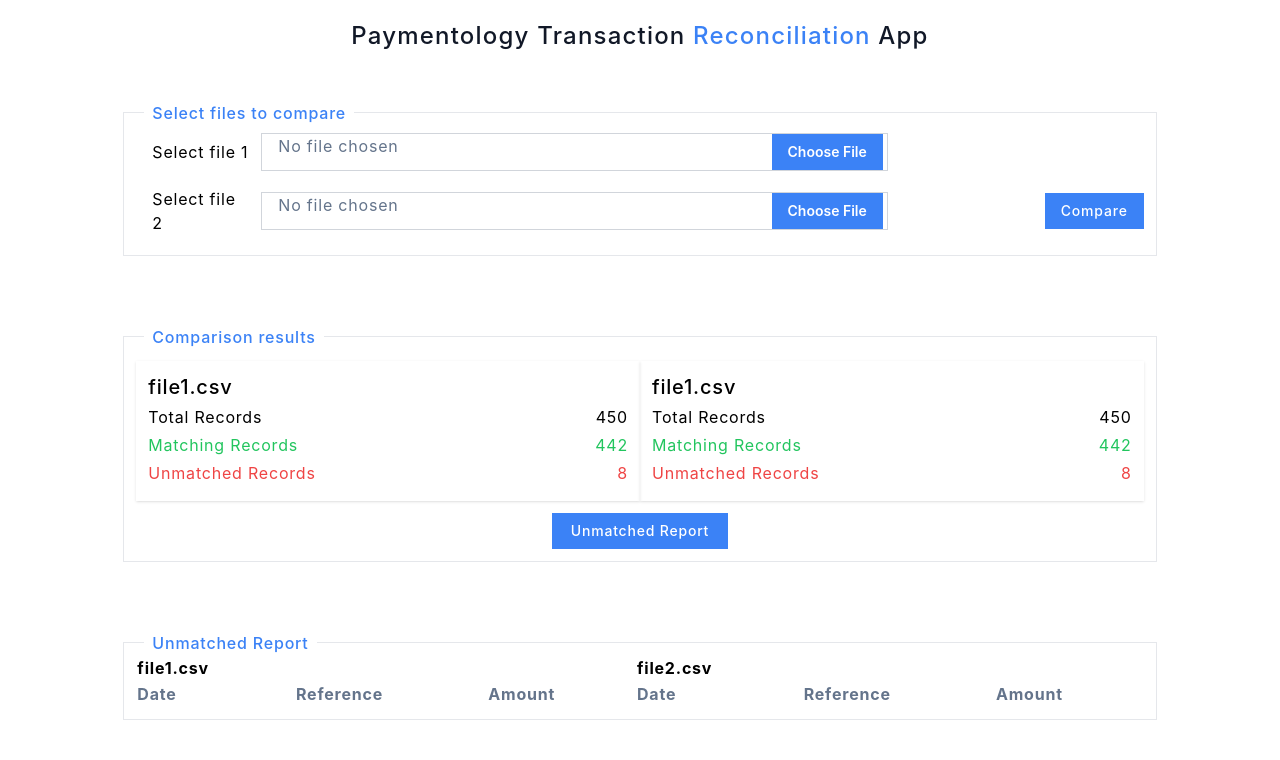
Repository: chionye/paymentology-front
Page: /
An editor plug-in stored every save of this project. The page is shown before and after the next save, followed by the edit.
The browser window is 1280 px wide. The pictures show the whole page.
The project was rebuilt for these pictures with package versions that can differ from the ones it lists, and the page was loaded fresh each time.

Above is the page before, as saved 2022-03-16 19:15:11.

### src/index.css
@tailwind base;
@tailwind components;
@tailwind utilities;

body {
  margin: 0;
  padding:0;
  box-sizing: border-box;
  font-family: -apple-system, BlinkMacSystemFont, 'Segoe UI', 'Roboto', 'Oxygen',
    'Ubuntu', 'Cantarell', 'Fira Sans', 'Droid Sans', 'Helvetica Neue',
    sans-serif;
  -webkit-font-smoothing: antialiased;
  -moz-osx-font-smoothing: grayscale;
}

input[type=file]::file-selector-button {
  float: right;

}
input[type=file]::-ms-browse {
  float: right;
}

input[type=file]::-webkit-file-upload-button {
  float: right;
}

### src/App.js
import CompareFiles from "./components/CompareFiles";
import Results from "./components/Results";
import Report from "./components/Report";
import Title from "./components/Title";

function App() {
  return (
    <>
      <Title />
      <CompareFiles />
      <Results />
      <Report />
    </>

  );
}

export default App;

### src/components/CompareFiles.js
import Button from "./Button";
import Container from "./Container";
import InputFile from "./InputFile";
import Section from "./Section";

const CompareFiles = () => {
    return(
        <Container>
            <Section title={"Select files to compare"}>
                <InputFile file={"Select file 1"} />
                <div className="flex flex-col md:flex-row md:items-center md:justify-between">
                    <InputFile file={"Select file 2"} />
                    <div className="my-3 md:my-0">
                    <Button width={"w-full"} label={"Compare"} />
                    </div>

                </div>
            </Section>
        </Container>

    )
}

export default CompareFiles;

### src/components/Results.js
import Button from "./Button";
import Container from "./Container";
import FileSummary from "./FileSummary";
import Section from "./Section";

const Results = () => {
    return(
        <Container>
            <Section title={"Comparison results"}>
                <div className="flex flex-col md:flex-row md:justify-between md:items-center">
                    <FileSummary />
                    <FileSummary />
                </div>
                <div className="md:flex md:w-44 md:justify-center md:mx-auto">
                        <Button width={"w-full"} label={"Unmatched Report"} />
                </div>
            </Section>
        </Container>
    )
}

export default Results;

### src/components/Report.js
import Container from "./Container";
import Section from "./Section";
import Table from "./Table";

const Report = () => {
    return(
        <Container>
            <Section title={"Unmatched Report"}>
                <Table />
            </Section>
        </Container>
    )
}

export default Report;

### src/components/Title.js
import Container from "./Container"

const Title = () => {
    return(
        <Container>
            <div className="md:w-5/6 mx-auto">
                <h1 className="font-medium tracking-wider text-center  leading-loose text-xl md:text-2xl text-gray-900">Paymentology Transaction <span className="text-blue-500">Reconciliation</span> App</h1>

            </div>
        </Container>
    )
}

export default Title;

### src/components/Button.js
const Button = (props) => {

    return <button className={`${props.width} bg-blue-500 hover:bg-blue-700 py-2 px-4 text-sm text-white font-medium`}>{props.label}</button>
}

export default Button;

### src/components/Container.js
const Container = (props) => {

    return <div className="p-5 mx-auto">{props.children}</div>
}
export default Container;

### src/components/InputFile.js
import Button from "./Button";
const InputFile = (props) => {
    return(
        <div className="flex flex-col md:flex-row w-full md:w-3/4 md:items-center text-sm md:text-base tracking-wider my-2 md:px-4">
            <label className="w-28">{props.file}</label>
            <div className="w-full">
            <input type="file"
                    className="block
                    border border-1 border-gray-300
                    w-full
                    pl-4
                    md:mx-3
                    appearance-none
                    text-slate-500
                    file:py-2
                    file:px-4
                    file:border-0
                    file:text-sm
                    file:font-semibold
                    file:bg-blue-500
                    hover:file:bg-blue-700
                    file:text-white
                "/>
            </div>

        </div>
    )
}

export default InputFile;

### src/components/Section.js

const Section = (props) => {
    return(
        <div className="relative md:w-5/6  h-auto p-3 border border-1 border-gray mx-auto my-5 tracking-wider">
            <div className="absolute font-medium -top-3 left-1 md:left-5 bg-white  text-blue-500 px-2">{props.title}</div>
            {props.children}
        </div>
    )
}

export default Section;

### src/components/FileSummary.js
const FileSummary = () => {
    return(
        <div className="shadow text-sm md:text-base p-3 my-3 w-full md:w-1/2  max-w-lg tracking-wider ">
            <div className="font-medium text-xl">file1.csv</div>
            <div className="flex flex-row justify-between my-1">
                <span>Total Records</span>
                <span>450</span>
            </div>
            <div className="flex flex-row justify-between my-1 text-green-500">
                <span>Matching Records</span>
                <span>442</span>
            </div>
            <div className="flex flex-row justify-between my-1 text-red-500">
                <span>Unmatched Records</span>
                <span>8</span>
            </div>
        </div>
    )
}

export default FileSummary;

### src/components/Table.js
const Table = () => {
    return(
        <div className="w-full overflow-scroll">
            <table className="w-full border-collapse border-slate-500">
            <thead>
                <tr className="text-left">
                    <th>file1.csv</th>
                    <th></th>
                    <th></th>
                    <th>file2.csv</th>
                    <th></th>
                    <th></th>
                </tr>
                <tr className="text-left text-slate-500">
                    <th>Date</th>
                    <th>Reference</th>
                    <th>Amount</th>
                    <th>Date</th>
                    <th>Reference</th>
                    <th>Amount</th>
                </tr>
            </thead>
            <tbody></tbody>
        </table>
        </div>

    )
}

export default Table;

Loaded but not shown: public/index.html (common file); src/index.js (common file); src/reportWebVitals.js (common file); tailwind.config.js (common file)

After the next save:
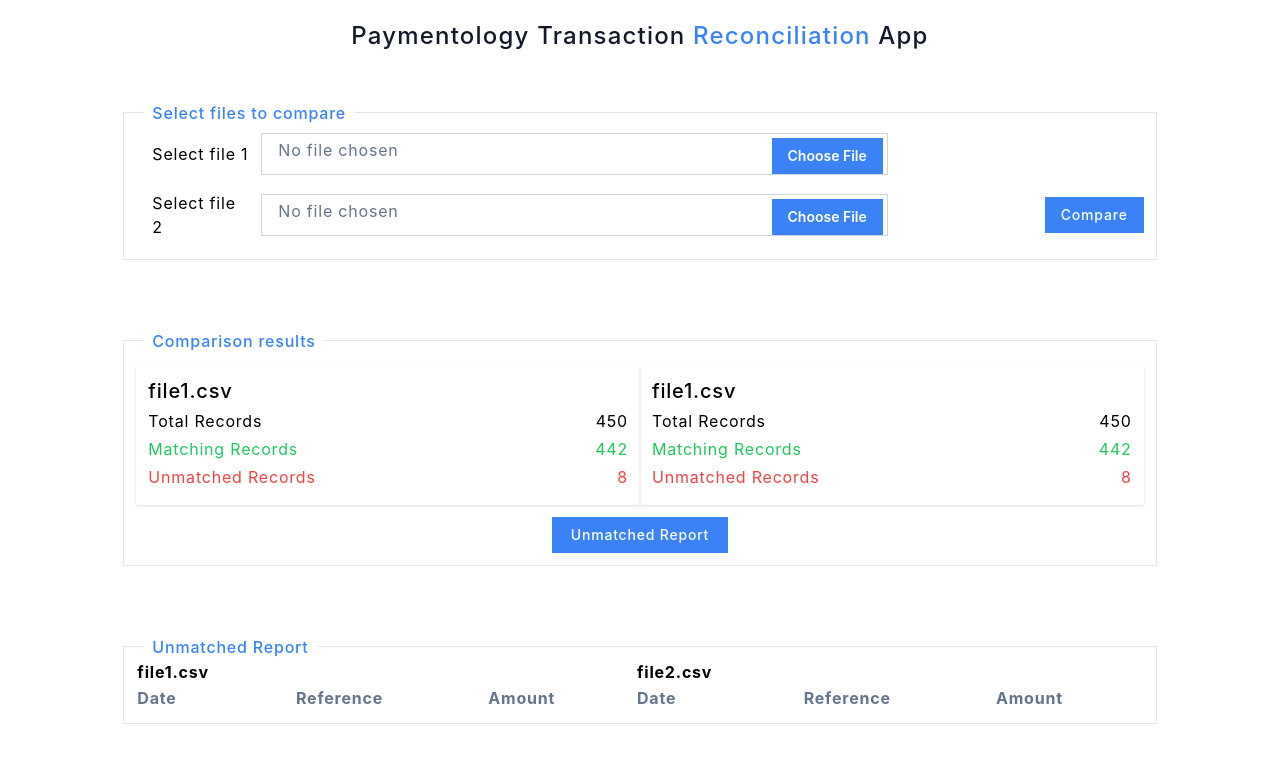
Saved 12 s later.
--- a/src/components/InputFile.js
+++ b/src/components/InputFile.js
@@ -8,7 +8,7 @@ const InputFile = (props) => {
                     className="block
                     border border-1 border-gray-300
                     w-full
-                    pl-4
+                    pl-4 pt-1
                     md:mx-3
                     appearance-none
                     text-slate-500
